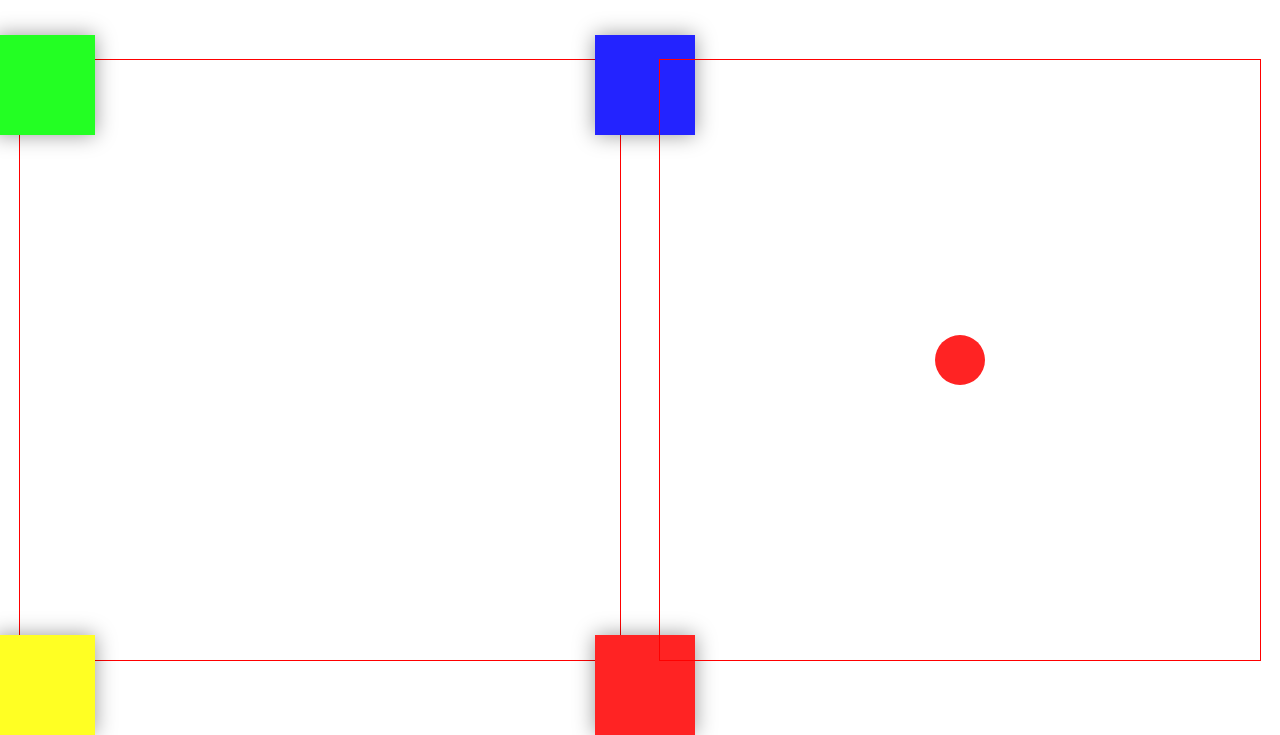
Repository: randgars/game
Page: index.html
The author's editor kept a copy of each file at every save. The page is drawn from the files as they stood at one save, then again after the next save.
The browser window is 1280 px wide. The pictures show the whole page.

Above is the page before, as saved 2017-09-29 15:08:33.

After the next save:
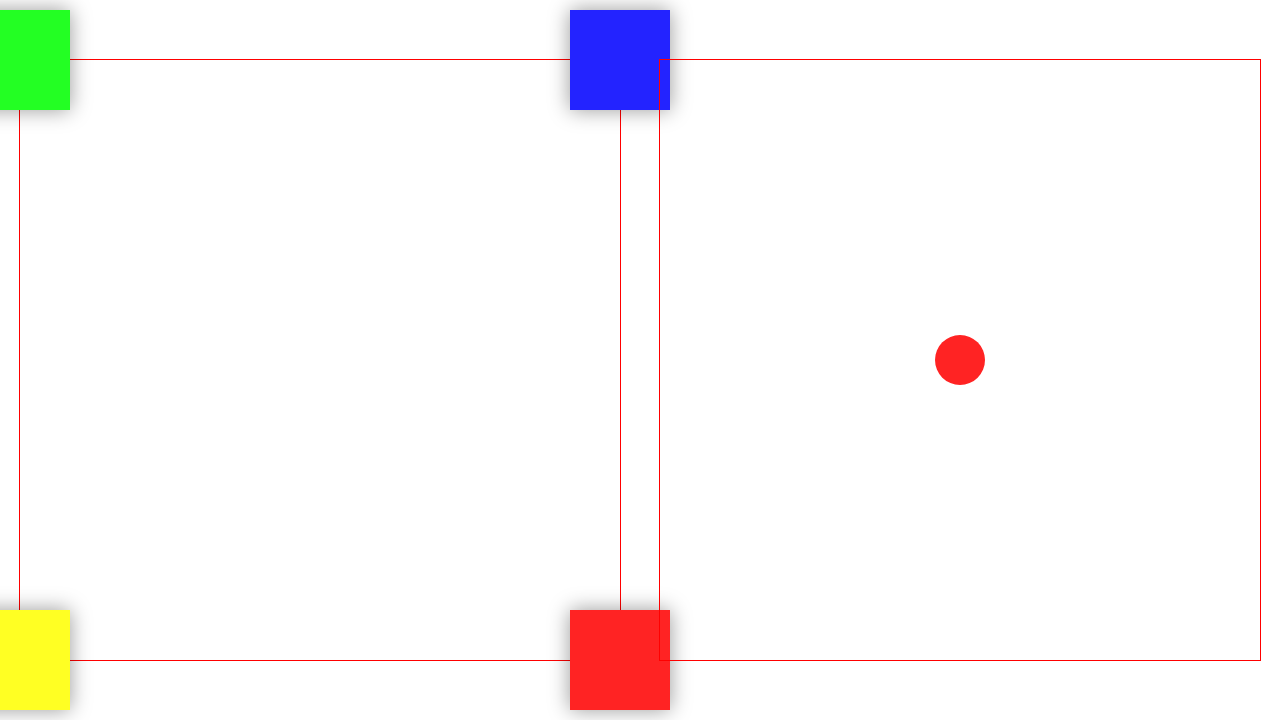
Saved 63 s later.
--- a/style.css
+++ b/style.css
@@ -24,8 +24,8 @@ body {
     animation-iteration-count: infinite;
     animation-timing-function: linear;
     background-color: rgba(35, 255, 35, 1);
-    top: calc(0% - 25px);
-    left: calc(0% - 25px);
+    top: calc(0% - 50px);
+    left: calc(0% - 50px);
 }
 .second {
     animation-name: second;
@@ -33,8 +33,8 @@ body {
     animation-iteration-count: infinite;
     animation-timing-function: linear;
     background-color: rgba(35, 35, 255, 1);
-    top: calc(0% - 25px);
-    left: calc(100% - 25px);
+    top: calc(0% - 50px);
+    left: calc(100% - 50px);
 }
 .third {
     animation-name: third;
@@ -42,8 +42,8 @@ body {
     animation-iteration-count: infinite;
     animation-timing-function: linear;
     background-color: rgb(255, 35, 35);
-    top: calc(100% - 25px);
-    left: calc(100% - 25px);
+    top: calc(100% - 50px);
+    left: calc(100% - 50px);
 }
 .fourth {
     animation-name: fourth;
@@ -51,8 +51,8 @@ body {
     animation-iteration-count: infinite;
     animation-timing-function: linear;
     background-color: rgba(255, 255, 35, 1);
-    top: calc(100% - 25px);
-    left: calc(0% - 25px);
+    top: calc(100% - 50px);
+    left: calc(0% - 50px);
 }
 
 .first:hover, .second:hover, .third:hover, .fourth:hoer {
@@ -67,8 +67,8 @@ body {
         background-color: rgba(35, 35, 255, 1);
     }
     50% {
-        top: calc(100% - 25px);
-        left: calc(100% - 25px);
+        top: calc(100% - 50px);
+        left: calc(100% - 50px);
         background-color: rgb(255, 35, 35);
     }
     75% {
@@ -86,8 +86,8 @@ body {
         background-color: rgb(255, 35, 35);
     }
     50% {
-        top: calc(100% - 25px);
-        left: calc(0% - 25px);
+        top: calc(100% - 50px);
+        left: calc(0% - 50px);
         background-color: rgba(255, 255, 35, 1);
     }
     75% {
@@ -105,8 +105,8 @@ body {
         background-color: rgba(255, 255, 35, 1);
     }
     50% {
-        top: calc(0% - 25px);
-        left: calc(0% - 25px);
+        top: calc(0% - 50px);
+        left: calc(0% - 50px);
         background-color: rgba(35, 255, 35, 1);
     }
     75% {
@@ -124,8 +124,8 @@ body {
         background-color: rgba(35, 255, 35, 1);
     }
     50% {
-        top: calc(0% - 25px);
-        left: calc(100% - 25px);
+        top: calc(0% - 50px);
+        left: calc(100% - 50px);
         background-color: rgba(35, 35, 255, 1);
     }
     75% {
